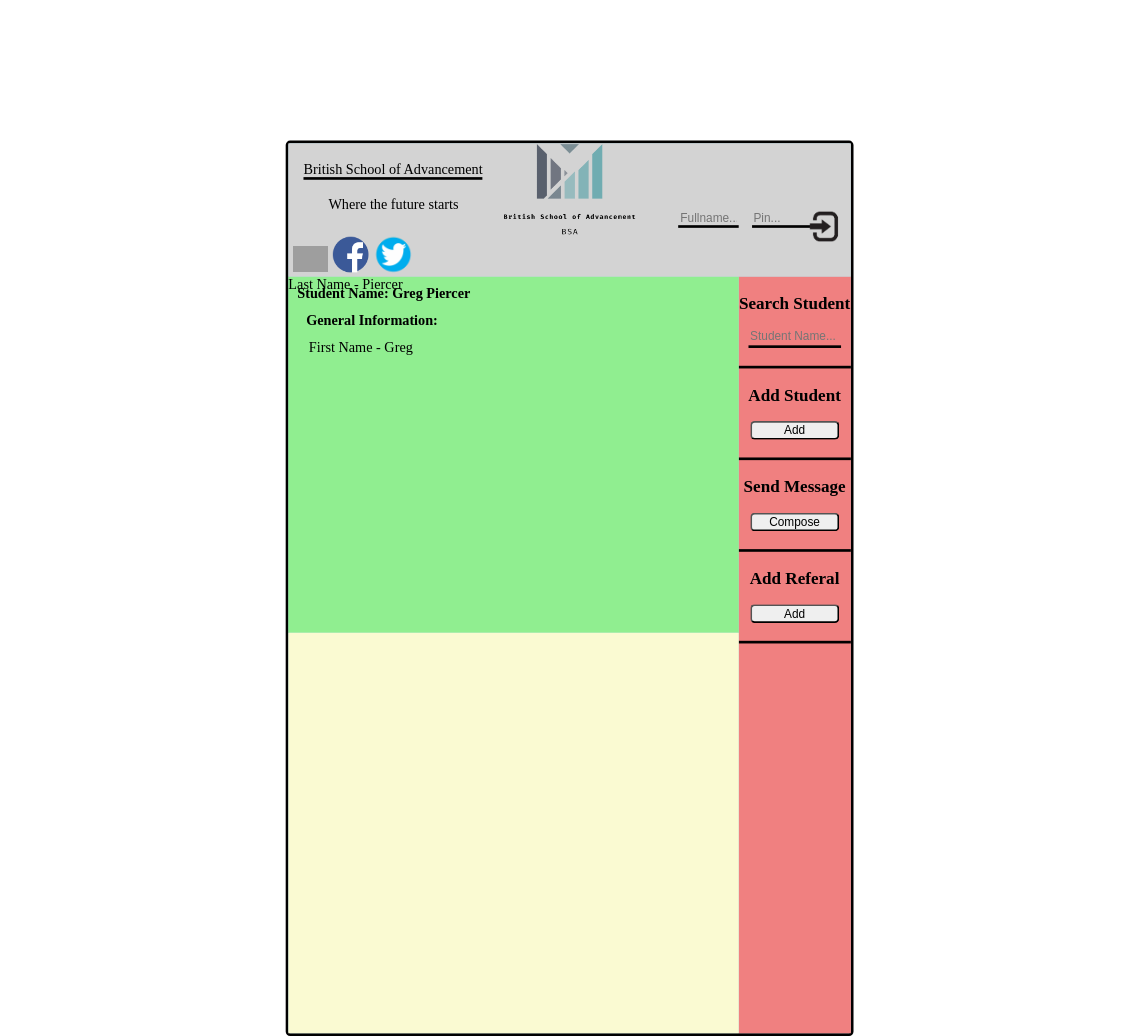
Repository: ghend99/School-app
Page: index.html
These files come from the project's save history. The page is drawn as it stood at one moment and after the next save; the edit follows.
The browser window is 1280 px wide. The pictures show the whole page, at 89% of full size.
Pictures or frames that could not be fetched are drawn as grey boxes.

Above is the page before, as saved 2023-03-24 14:16:22.

After the next save:
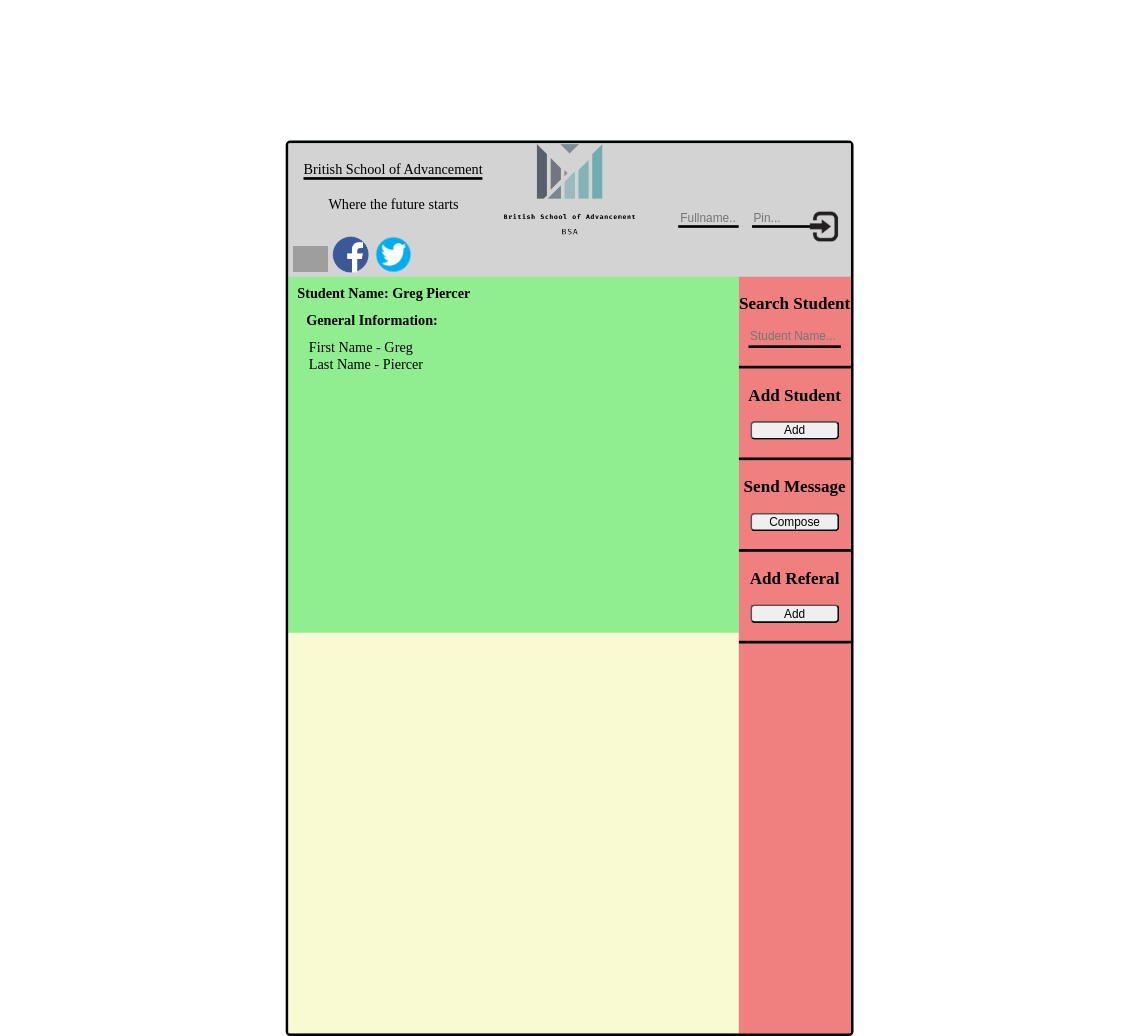
Saved 11 s later.
--- a/style.css
+++ b/style.css
@@ -177,6 +177,11 @@
   left: 23px;
 }
 
+.student-information-lastname {
+  top: 90px;
+  left: 23px;
+}
+
 #student-management-container {
   position: relative;
   max-width: 80%;
